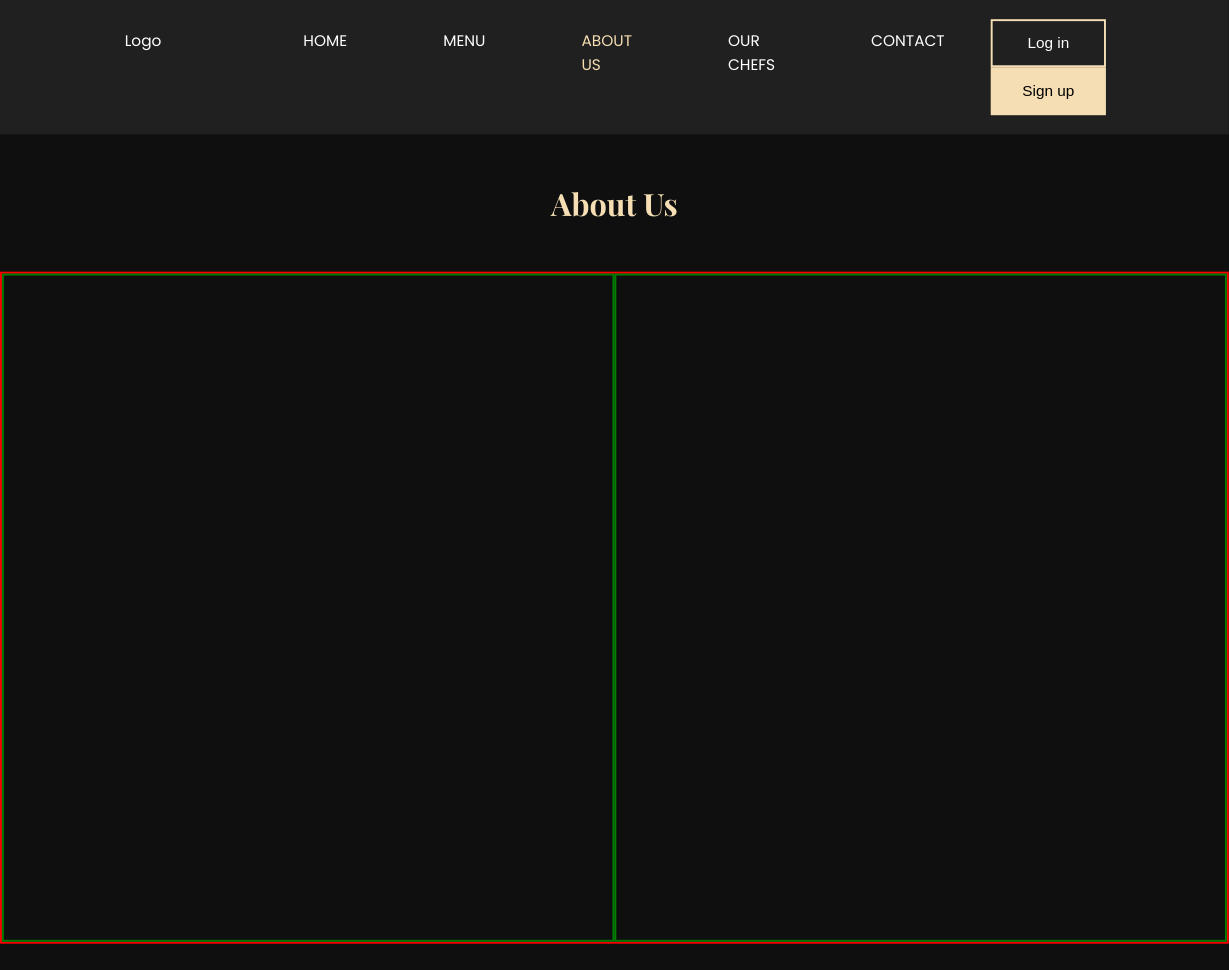
Repository: ThisIsSahaj/NSP
Page: about.html
An editor plug-in stored every save of this project. The page is shown before and after the next save, followed by the edit.
The browser window is 1280 px wide. The pictures show the whole page, at 96% of full size.

Above is the page before, as saved 2023-12-26 22:10:48.

### about.html
<!DOCTYPE html>
<html lang="en">
<head>
    <meta charset="UTF-8">
    <meta http-equiv="X-UA-Compatible" content="IE=edge">
    <meta name="viewport" content="width=device-width, initial-scale=1.0">
    <title>About Us</title>
    <link rel="stylesheet" href="style.css">
</head>
<body>
    <header>

        <nav class="nav">
            <div class="logo">
                Logo
            </div>
            <div class="menu">
                <ul>
                   <a href="index.html"> <li>Home</li> </a>
                   <a href=""> <li>Menu</li> </a>
                   <a href="" class="active"> <li>About Us</li> </a>
                   <a href=""> <li>Our Chefs</li> </a>
                   <a href=""> <li>Contact</li> </a>
            </ul>
        </div>
        <div class="button">
            <button class="login">Log in</button>
            <button class="signup">Sign up</button>
        </div>
    </nav>
</header>

<div class="about">
    <h1>About Us</h1>
    <div class="aboutBox">
       <div></div>
       <div></div>
    </div>
</div>
</body>
</html>

### style.css
@import url('https://fonts.googleapis.com/css2?family=Poppins:wght@300;400;500;600;700&family=Roboto:wght@100;300;400;500;700;900&display=swap');

@import url('https://fonts.googleapis.com/css2?family=Playfair+Display:wght@400;500;600;700;800;900&family=Poppins:wght@300;400;500;600;700&family=Roboto:wght@100;300;400;500;700;900&display=swap');


*{
    margin: 0px;
    padding: 0px;
    box-sizing: border-box;

}

body{
    background-color: #0F0F0F;
    font-family: 'Poppins', sans-serif;
    /* color: rgb(224, 212, 212); */
    color: white;
}

header{
    margin-top: 0px;
    background-color: #202020;
    padding: 20px;
}
nav{
    display: flex;
    flex-direction: row;
    justify-content: space-around;
}

ul {
    display: flex;
    flex-direction: row;
    list-style: none;
    /* border: 2px solid green; */
}
a {
    color: #fff;
    text-transform: uppercase;
    text-decoration: none;
    /* letter-spacing: 0.15em;      */
    /* display: inline-block; */
    /* padding: 15px 20px; */
    position: relative;
    /* border: 2px solid red; */
}
a:after {
    background: none repeat scroll 0 0 transparent;
    bottom: 0;
    content: "";
    display: block;
    height: 2px;
    left: 50%;
    position: absolute;
    background: #fff;
    transition: width 0.3s ease 0s, left 0.3s ease 0s;
    width: 0;
    margin-bottom: 10px;
}

a:hover:after {
    width: 100%;
    left: 0;
    background-color:wheat;
}
.active{
    color: wheat;
}


.logo{
    width: 20%;
    margin: 10px;
    display: flex;
    justify-content: center;
    /* border: 2px solid hotpink; */

}
.menu ul li{
    margin: 10px 50px;

}

.menu{
    width: 60%;
    display: flex;
    justify-content: center;
    /* border: 2px solid blue; */

}
.button{
    width: 20%;
    /* border: 2px solid hotpink; */
}
button {
    height: 50px;
    width: 120px;
    margin: 0px 10px;
    /* border-radius: 50px; */
    background-color: wheat;
    font-size: 16px;
    cursor: pointer;
    border: none;
}

button:hover{
    background-color: transparent;
    color: white;
    border: 2px solid wheat;
}

.login{
border: 2px solid wheat;
background-color: transparent;
color: white;

}

.login:hover {
    background-color: wheat;
    color: black;
}

.viewMenu{
    margin: 50px;
    border: none;
    width: 160px;
    height: 60px;
}

.sec1{
    /* border: 2px solid red; */
    height: 870px;
    width: 100%;
    background-image: url("assets/images/hero-slider-1.jpg");

    display: flex;
    flex-direction: column;
    justify-content: center;
    align-items: center;
    font-size: 96px;
    font-family: "Playfair Display";
}


.sec2{
width: 100%;
height: 870px;
display: flex;
flex-direction: column;
/* justify-content: center; */
align-items: center;
}

.sec2 p{
    color: wheat;
    font-size: 18px;
    margin: 50px 0px;
}

.about{
    width: 100%;
    height: 870px;
    display: flex;
    flex-direction: column;
    /* justify-content: center; */
    align-items: center;
    }

.about h1{
    font-family: "Playfair Display";
    margin: 50px;
    color: wheat;
    }

 .aboutBox{
    width: 100%;
    height: 700px;
    border: 2px solid red;
    display: flex;
    flex-direction: row;
    justify-content: center;
 }

 .aboutBox div{
    width: 50%;
    border: 2px solid green;
    height: 100%;
 }

After the next save:
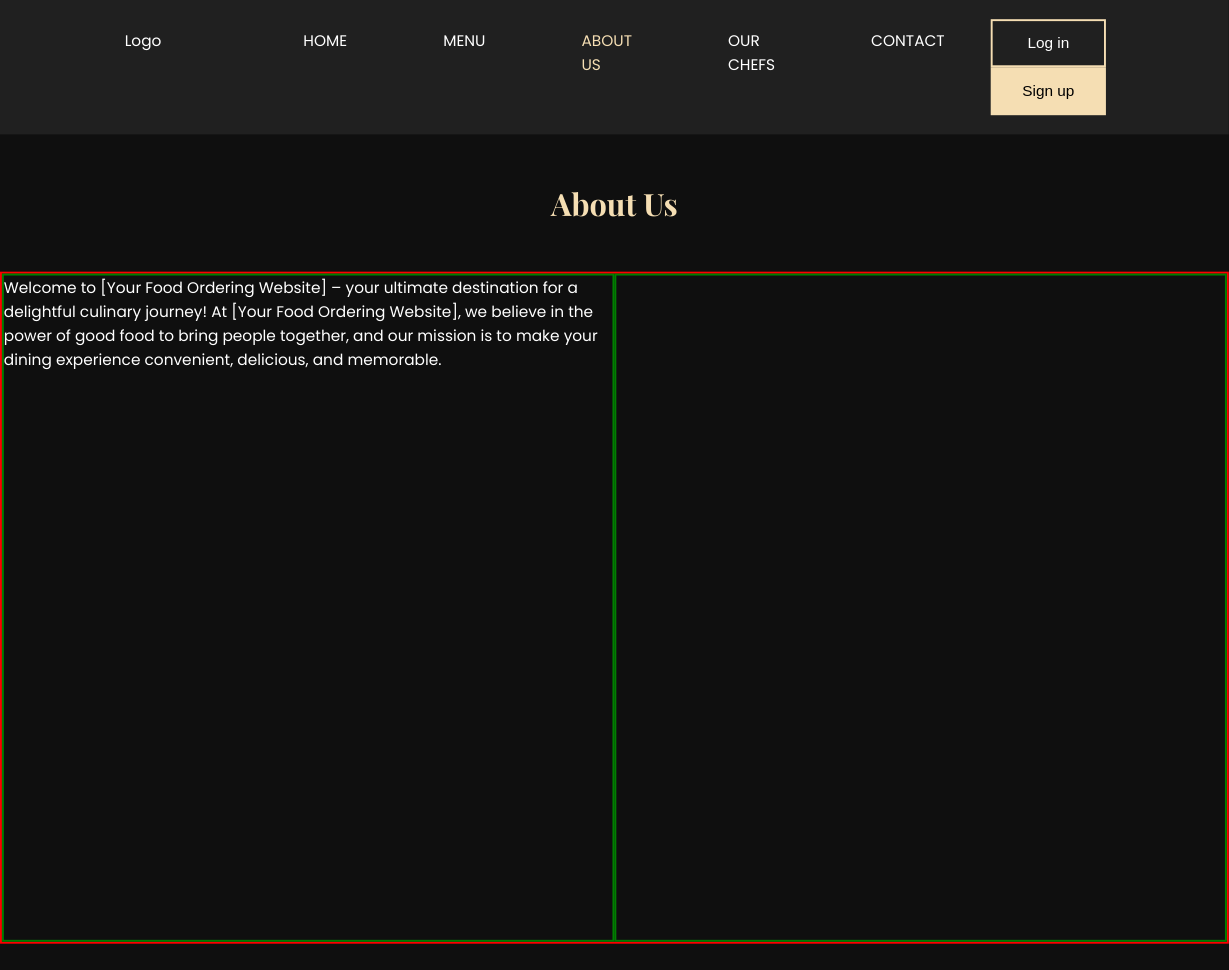
Saved 21 s later.
--- a/about.html
+++ b/about.html
@@ -33,7 +33,10 @@
 <div class="about">
     <h1>About Us</h1>
     <div class="aboutBox">
-       <div></div>
+       <div>
+
+Welcome to [Your Food Ordering Website] – your ultimate destination for a delightful culinary journey! At [Your Food Ordering Website], we believe in the power of good food to bring people together, and our mission is to make your dining experience convenient, delicious, and memorable.
+       </div>
        <div></div>
     </div>
 </div>
